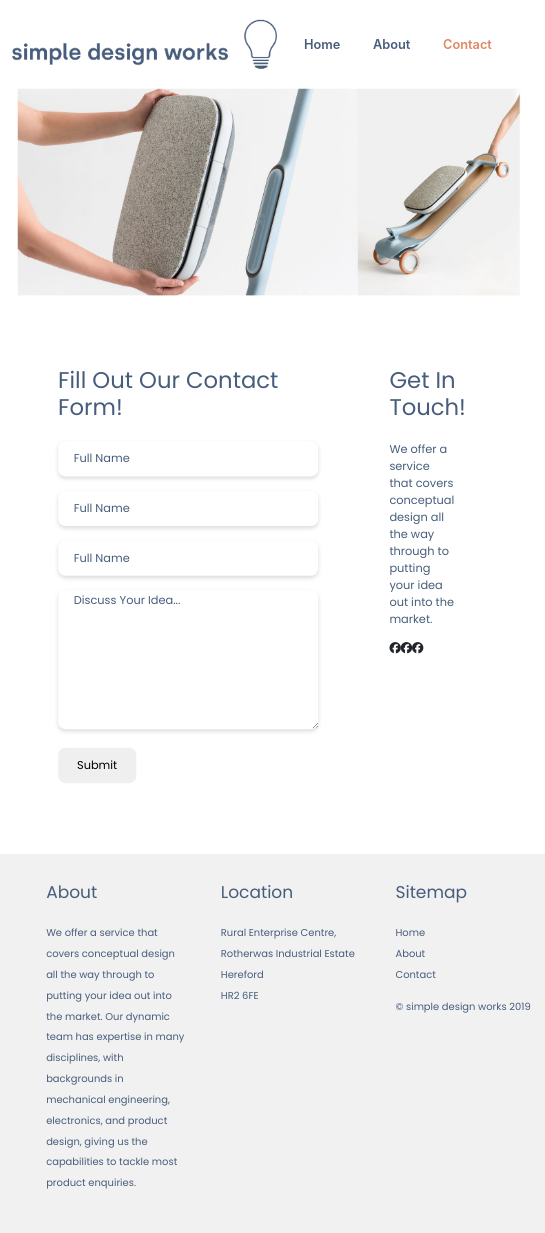
Repository: cobyfoster99/User-Centric-frontend-project
Page: contact.html
The author's editor kept a record of every edit. The page is drawn from the files as they stood at one moment, then again after the next edit.
The browser window is 768 px wide. The pictures show the whole page, at 71% of full size.
Some web libraries are served in a nearby version.

Above is the page before.

### contact.html
<!DOCTYPE html>
<html lang="en">

<head>
    <meta charset="UTF-8">
    <meta name="viewport" content="width=device-width, initial-scale=1.0, max-scale=1.0">
    <meta http-equiv="X-UA-Compatible" content="ie=edge">
    <link rel="stylesheet" href="assets/css/style.css" type="text/css" />
    <link rel="stylesheet" href="https://stackpath.bootstrapcdn.com/font-awesome/4.7.0/css/font-awesome.min.css" type="text/css" />
    <script src="https://kit.fontawesome.com/78b1021543.js"></script>
    <link rel="stylesheet" href="https://stackpath.bootstrapcdn.com/bootstrap/4.3.1/css/bootstrap.min.css" integrity="sha384-ggOyR0iXCbMQv3Xipma34MD+dH/1fQ784/j6cY/iJTQUOhcWr7x9JvoRxT2MZw1T" crossorigin="anonymous">
    <title>Simple Design Works | Product Design Agency</title>
</head>

<body>

    <header>
        <nav class="navbar navbar-expand-md">
            <img class="logo img-responsive" src="./assets/media-library/logo.png"></img>
            <button class="navbar-toggler navbar-light" type="button" data-toggle="collapse" data-target="#collapsibleNavbar">
    <span class="navbar-toggler-icon"></span>
  </button>
            <div class="collapse navbar-collapse nav-center" id="collapsibleNavbar">
                <ul class="navbar-nav">
                    <li class="nav-item">
                        <a class="nav-link" href="#">Home</a>
                    </li>
                    <li class="nav-item">
                        <a class="nav-link" href="#">About</a>
                    </li>
                    <li class="nav-item">
                        <a class="nav-link nav-active" href="#">Contact</a>
                    </li>
                </ul>
            </div>
        </nav>
    </header>

    <section>

        <!--------------------- Global Banner Image--------------------->
        <div class="container-fluid">
            <div class="row banner-image-container no-gutters">
                <img class="banner-image" src="assets/media-library/home_image.jpg"></img>
            </div>
        </div>


        <!--------------------- Contact Form --------------------->
        <div class="contact-page-container">
            <div class="row">
                <div class="contact-form-contact">
                    <h2 class="home-contact-header">Fill Out Our Contact Form!</h2>

                    <form>

                        <input type="ftext" name="full-name" placeholder="Full Name" class="full-name" />

                        <input type="ftext" name="full-name" placeholder="Full Name" class="full-name" />

                        <input type="ftext" name="full-name" placeholder="Full Name" class="full-name" />


                        <textarea rows="8" name="discuss" placeholder="Discuss Your Idea..." class="dicuss-idea"></textarea>

                        <input type="submit" value="Submit" class="submit-button" />
                    </form>
                </div>


                <div class="contact-info-contact">
                    <h2 class="home-contact-header">Get In Touch!</h2>
                    <p class="contact-info-p">We offer a service that covers conceptual design all the way through to putting your idea out into the market.
                    </p>
                    <div class="icons">

                        <i class="fab fa-facebook"></i><i class="fab fa-facebook"></i><i class="fab fa-facebook"></i>

                </div>

            </div>
        </div>
    </section>

    <footer>
        <div class="container-fluid">
            <div class="row no-gutters footer-about">
                <div class="col-sm footer-section">
                    <h2 class="footer-h2">About</h2>
                    <p class="footer-p">We offer a service that covers conceptual design all the way through to putting your idea out into the market. Our dynamic team has expertise in many disciplines, with backgrounds in mechanical engineering, electronics, and product
                        design, giving us the capabilities to tackle most product enquiries.
                    </p>
                </div>
                <div class="col-sm footer-section footer-location">
                    <h2 class="footer-h2">Location</h2>
                    <p class="footer-p">Rural Enterprise Centre,<br> Rotherwas Industrial Estate<br> Hereford
                        <br> HR2 6FE<br>
                    </p>
                </div>
                <div class="col-sm footer-section footer-sitemap">
                    <h2 class="footer-h2">Sitemap</h2>
                    <p class="footer-p"><a class="footer-links" href="/home">Home</a> <br> <a class="footer-links" href="/about">About</a> <br> <a class="footer-links" href="/contact">Contact</a> <br>
                        <p class="footer-p">© simple design works 2019</p>
                    </p>
                </div>


            </div>
        </div>
    </footer>

</body>

</html>

### assets/css/style.css
/* ------------------------------------------- Typography */

@import url('https://fonts.googleapis.com/css?family=Poppins:400,600,700&display=swap');

h1,
h2,
h3,
h4,
h5,
p,
span {
    font-family: "poppins", sans-serif;
    color: #475D7B;
}



/* -------------------------------------------- Header */

header {
    background-color: #fffff;
    padding-top: 20px;
    padding-bottom: 20px;
}

.logo {
    display: inline-block;
    max-width: 70%;
    height: auto;
    transition: all .5s ease-in-out;
    -moz-transition: all .5s ease-in-out;
    -webkit-transition: all .5s ease-in-out;
}

@media only screen and (max-width: 1920px) and (min-width: 1220px) {
    .nav-center {
        margin-left: 220px;
        margin-right: auto;
    }
}

@media only screen and (max-width: 1920px) and (min-width: 1220px) {
    nav {
        width: 80%;
        margin-left: auto;
        margin-right: auto;
    }
}

.navbar-light .navbar-nav .nav-link {
    color: #475D7B;
}

.nav-link {
    font-size: 18px;
    text-align: center;
    text-decoration: none;
    color: #475D7B;
    font-weight: 600;
    transition: all .5s ease-in-out;
    -moz-transition: all .5s ease-in-out;
    -webkit-transition: all .5s ease-in-out;
}

.nav-item {
    padding-left: 30px;
}

.nav-link:hover {
    color: #E18763;
}

.nav-active {
    color: #E18763;
}

/* -------------------------------------------- Media Queries - Header */

@media only screen and (max-width: 1440px) and (min-width: 768px) {
    .menuitem {
        padding-bottom: 10px;
    }
}




/* -------------------------------------------- Banner Image Global */

.banner-image {
    display: block;
    margin-left: auto;
    margin-right: auto;
    padding-left: 10px;
    max-width: 100%;
    height: auto;
}

/* -------------------------------------------- SDW Catchphrase Global */

.catchphrase {
    display: block;
    text-align: center;
    margin-left: auto;
    margin-right: auto;
    padding-top: 75px;
}

.header-h3 {
    text-align: center;
    display: inline-block;
    padding-left: 10px;
}

/* -------------------------------------------- Home-page About */

.about-section {
    display: block;
    box-shadow: 0px 3px 6px rgba(0, 0, 0, 0.15);
    border-radius: 25px;
    margin-bottom: 50px;
    margin-top: 100px;
}

.aligned-border {
    padding: 20px;
}

.about-h3 {
    padding-top: 75px;
    line-height: 35pt;
    letter-spacing: 1.5px;
}

.about-p {
    padding-top: 20px;
    padding-bottom: 75px;
    line-height: 35pt;
    letter-spacing: 1.5px;
    font-size: 20px;
}

.container-about {
    margin-left: auto;
    margin-right: auto;
    width: 80%;
}


/* -------------------------------------------- Media Queries - Home-page-about */

@media only screen and (max-width: 1920px) and (min-width: 1200px) {
    .container-about {
        margin-right: 0;
        margin-left: 10%;
        width: 90%;
    }
}

@media only screen and (max-width: 1920px) and (min-width: 1200px) {
    .about-section {
        border-radius: 25px 0px 0px 25px;
    }
}


@media only screen and (max-width: 1920px) and (min-width: 1200px) {
    .about-p,
    .about-h3 {

        padding-left: 80px;

    }
}

@media only screen and (max-width: 1220px) and (min-width: 320px) {
    .about-p,
    .about-h3 {

        line-height: normal;
        letter-spacing: normal;
        text-align: center;

    }
}

@media only screen and (max-width: 1220px) and (min-width: 320px) {
    .about-p {
        padding-bottom: 50px;
        padding-top: 0px;
        font-size: 16px;
    }
}

@media only screen and (max-width: 1220px) and (min-width: 320px) {
    .about-h3 {
        padding-top: 50px;
    }
}



/* -------------------------------------------- Media Queries - Catchphrase Global */

@media only screen and (max-width: 1920px) and (min-width: 768px) {
    .header-h3 {
        padding-left: 75px;
        padding-right: 75px;
    }
}






/* -------------------------------------------- Footer */

footer {
    background-color: #f1f1f1;
    padding-top: 20px;
    padding-bottom: 20px;
}

.footer-section {
    text-align: left;
    padding-top: 20px;
    padding-bottom: 20px;
}


.footer-h2 {
    padding-bottom: 20px;
    font-size: 24px;
    text-align: left;
}

.footer-p {
    font-size: 16px;
    line-height: 22pt;
    text-align: left;
}

.footer-links {
    text-decoration: none;
    color: #475D7B;
}

.footer-links:hover {
    text-decoration: none;
    color: #475D7B;
}

/* -------------------------------------------- Media Queries - Footer */

@media only screen and (max-width: 1920px) and (min-width: 1220px) {
    .footer-location {
        margin-left: 180px;
    }
}

@media only screen and (max-width: 1920px) and (min-width: 1220px) {
    footer {
        padding-left: 250px;
        padding-right: 250px;
    }
}

@media only screen and (max-width: 1200px) and (min-width: 768px) {
    footer {
        padding-left: 50px;
        padding-right: 0px;
    }
}

@media only screen and (max-width: 1440px) and (min-width: 768px) {
    .footer-sitemap,
    .footer-location {
        margin-left: 50px;
        padding-right: 0px;
    }
}

@media only screen and (max-width: 1200px) and (min-width: 386px) {
    .footer-p {
        font-size: 14px;
    }
}





/* -------------------------------------------- Portfolio Section - Homepage*/

.container-porfolio {
    margin-left: auto;
    margin-right: auto;
    width: 80%;
    padding-top: 100px;
    padding-bottom: 100px;
}

.portfolio-title {
    padding-left: 80px;
    padding-bottom: 50px;
}

@media only screen and (max-width: 1200px) and (min-width: 300px) {
    .portfolio-title {
        padding-left: 0px;
        text-align: center;
        padding-bottom: 20px;
    }
}

.skp-image {
    transition: all .5s ease-in-out;
    -moz-transition: all .5s ease-in-out;
    -webkit-transition: all .5s ease-in-out;
    display: inline-block;
}


@media only screen and (max-width: 1200px) and (min-width: 300px) {
    .container-portfolio {
        width: 100%;
        margin: 0;
    }
}

.folio-image {
    max-width: 100%;
    width: auto;
    min-height: auto;
    vertical-align: top;
    margin-right: auto;
    margin-left: auto;
    padding-top: 25px;
}

.folio-image-right {
    vertical-align: top;
    float: left;
    text-align: right;
}

.portfolio-skp {
    margin-left: auto;
    margin-right: auto;
}

@media only screen and (max-width: 1920px) and (min-width: 1200px) {
    .portfolio-item-large {
        margin: 0;
    }
}

.padded-image {
    padding-bottom: 0px;
}

@media only screen and (max-width: 1920px) and (min-width: 1200px) {
    .left-Featured {
        text-align: left;
        padding-left: 80px;
    }

}

.left-Featured {
    padding-bottom: 50px;
}


/* -------------------------------------------- Contact Section - Homepage*/

.container-contact {
    margin-left: auto;
    margin-right: auto;
    width: 80%;
    padding-bottom: 100px;
}

.full-name {
    margin-top: 20px;
    width: 100%;
    height: 50px;
    box-shadow: 0px 3px 6px rgba(0, 0, 0, 0.15);
    border-radius: 10px;
    border: none;
    font-family: "poppins", sans-serif;
    font-size: 16px;
}

::-webkit-input-placeholder {
    color: #475D7B;
    padding-left: 20px;
}


.dicuss-idea {
    margin-top: 20px;
    width: 100%;
    box-shadow: 0px 3px 6px rgba(0, 0, 0, 0.15);
    border-radius: 10px;
    border: none;
    font-family: "poppins", sans-serif;
    font-size: 16px;
}

.submit-button {
    width: 30%;
    margin-top: 20px;
    margin-left: 0;
    height: 50px;
    border-radius: 10px;
    border: none;
    font-family: "poppins", sans-serif;
    font-size: 16px;

}

/* -------------------------------------------- Meet the Team - About Page*/

.meet-the-team {
    width: 80%;
    margin-left: auto;
    margin-right: auto;
    display: flex;
    flex-wrap: wrap;
}

.meet-the-team-box {
    margin-top: 50px;
    box-shadow: 0px 3px 6px rgba(0, 0, 0, 0.15);
    border-radius: 10px;
    margin-bottom: 20px;
}


.meet-the-team-img {
    max-width: 100%;
    height: auto;

}

@media only screen and (max-width: 1920px) and (min-width: 1200px) {
    .meet-the-team-box {
        max-width: 33.33%;
        margin-left: auto;
        margin-right: auto;
    }
}

@media only screen and (max-width: 1200px) and (min-width: 768px) {
    .meet-the-team-box {
        max-width: 45%;
        margin-left: 10px;
        margin-right: 10px;
    }
}

.meet-the-team-h4 {
    padding: 30px 0px 0px 20px;
    font-style: italic;
}

.meet-the-team-h5 {
    padding: 30px 30px 30px 20px;
    font-style: italic;
    font-size: 18px;
}

.bottom-box-row {
    padding-bottom: 50px;
}

.padding-100 {
    padding-top: 100px;
}


/* -------------------------------------------- Contact Page*/

.contact-page-container {
    width: 80%;
    margin-left: auto;
    margin-right: auto;
}

.contact-form-contact {
    width: 60%;
    padding-left: 20px;
    padding-top: 100px;
    padding-bottom: 100px;
    display: inline-block;
}

.contact-info-contact {
    padding-left: 100px;
    padding-top: 100px;
    width: 30%;
    display: inline-block;
}

.contact-info-p {
    padding-top: 20px;
}

.icon {
    padding-left: 10px;
    font-size: 32pt;
    color: #475D7B;
    border-radius: 50%
}

.home-contact-sub {
    padding-top: 50px;
}

@media only screen and (max-width: 786px) and (min-width: 386px) { .contact-form-contact {
    width: 60%;
    padding-left: 20px;
    padding-top: 100px;
    padding-bottom: 100px;
    display: inline-block;

After the next edit:
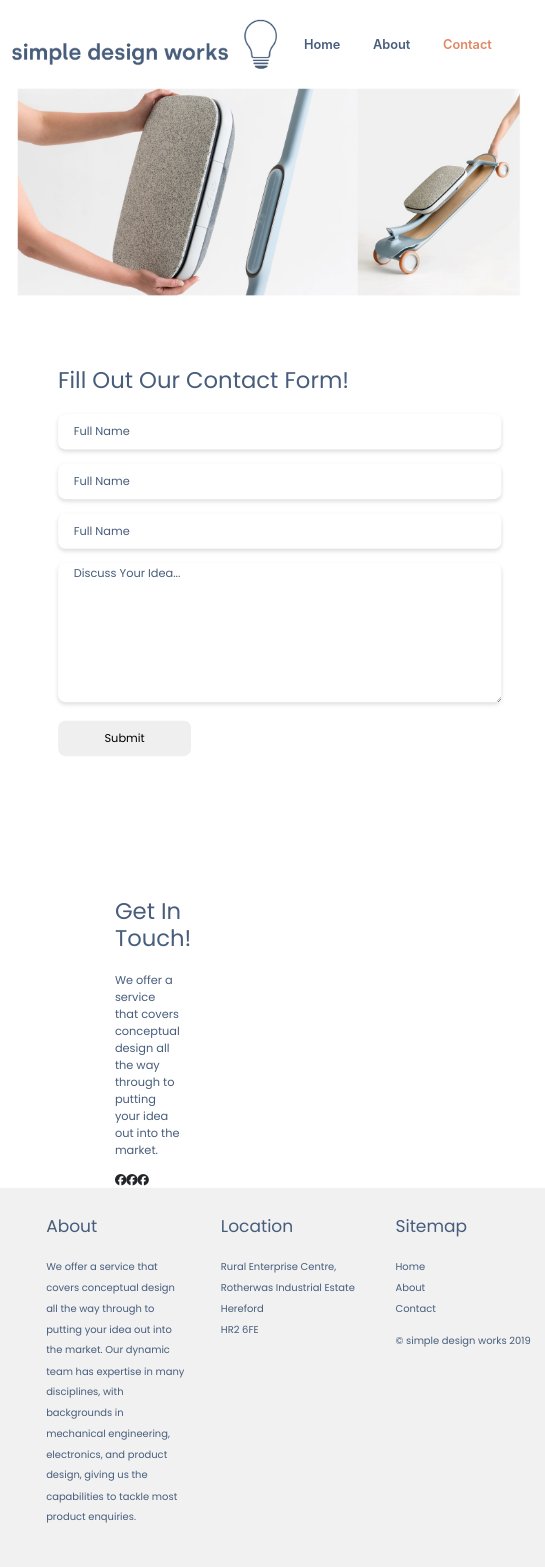
The edit:
--- a/assets/css/style.css
+++ b/assets/css/style.css
@@ -519,9 +519,12 @@
     padding-top: 50px;
 }
 
-@media only screen and (max-width: 786px) and (min-width: 386px) { .contact-form-contact {
-    width: 60%;
-    padding-left: 20px;
-    padding-top: 100px;
-    padding-bottom: 100px;
-    display: inline-block;
+@media only screen and (max-width: 786px) and (min-width: 386px) {
+    .contact-form-contact {
+        width: 100%;
+        padding-left: 20px;
+        padding-top: 100px;
+        padding-bottom: 100px;
+        display: inline-block;
+    }
+}
